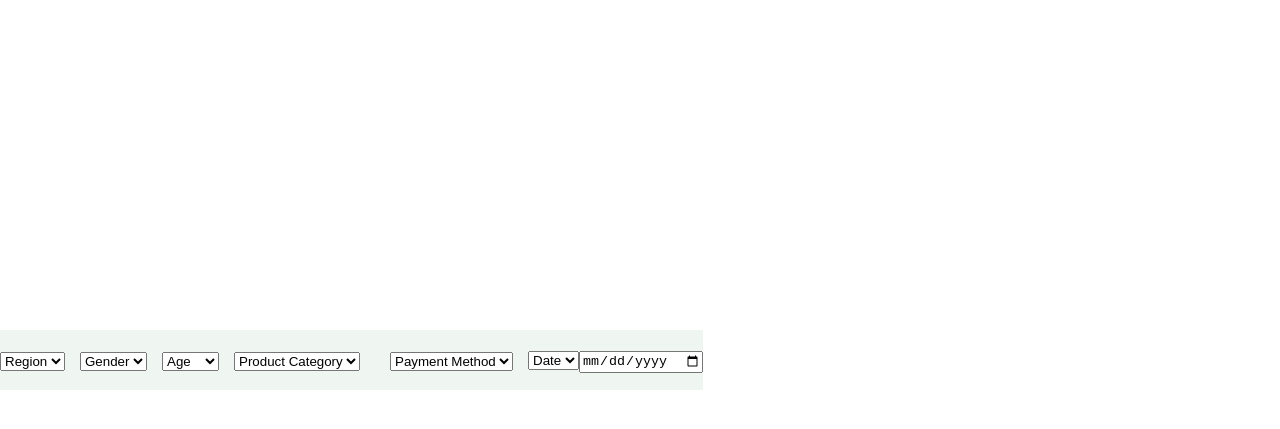
Repository: SandeepYadav18717/TruEstae
Page: / (app in TruEstae/)
These files come from the project's save history. The page is drawn as it stood at one moment and after a run of saves; the edit follows.
The browser window is 1280 px wide. The pictures show the whole page.
The project was rebuilt for these pictures with package versions that can differ from the ones it lists, and the page was loaded fresh each time. Also part of the build but not shown: TruEstae/vite.config.js, TruEstae/src/App.css, TruEstae/src/Styles/Logo.css, TruEstae/src/Pages/Logo.jsx, TruEstae/src/Styles/search_bar.css, TruEstae/src/components/search_bar.jsx.

Above is the page before, as saved 2025-12-07 00:55:07.

### TruEstae/index.html
<!doctype html>
<html lang="en">
  <head>
    <meta charset="UTF-8" />
    <link rel="icon" type="image/svg+xml" href="/vite.svg" />
    <meta name="viewport" content="width=device-width, initial-scale=1.0" />
    <title>javascript</title>
  </head>
  <body>
    <div id="root"></div>
    <script type="module" src="/src/main.jsx"></script>
  </body>
</html>

### TruEstae/src/App.jsx
import { useState } from 'react'
import reactLogo from './assets/react.svg'
import viteLogo from '/vite.svg'
import './App.css'

import Logo from './Pages/Logo.jsx'
import SearchBar from './components/search_bar.jsx'
import Home from './Pages/Home.jsx'

function App() {
  return (
    <>


     <Home />
    </>
  )
}

export default App

### TruEstae/src/Pages/Home.jsx
import Logo from "./Logo.jsx";
import SearchBar from "../components/search_bar.jsx";
import "../Styles/Home.css";
function Home() {
  return (
    <>
      <div className="Container_Ui">
        <div id="Customer_Region">

          <select>
  <option value="" hidden>Region</option>
  <option>Central</option>
  <option>North</option>
  <option>South</option>
  <option>East</option>
  <option>West</option>
</select>

          </div>

      <div id="Gender">

        <select>
            <option value="" hidden>Gender</option>
          <option>Male</option>
          <option>Female</option>
        </select>
      </div>

      <div id="Age">

        <select>
            <option value="" hidden>Age</option>
          <option>18-25</option>
          <option>26-35</option>
          <option>36-50</option>
          <option>50+</option>
        </select>
      </div>

      <div id="Product_Category">
        <select>
            <option value="" hidden>Product Category</option>
          <option>Beauty</option>
          <option>Electronic</option>
          <option>Clothing</option>
        </select>
      </div>

      <div id="Tags"></div>

      <div id="Payment_Method">

        <select>
            <option value="" hidden>Payment Method</option>
          <option>Wallet</option>
          <option>Cash</option>
          <option>Card</option>
          <option>UPI</option>
          <option>Net Banking</option>
        </select>
      </div>

      <div id="Date">
        <select>
        <option value="" hidden>Date</option></select>
        <input type="date" />
      </div>
</div>
    </>
  );
}
export default Home;

### TruEstae/src/Styles/Home.css
.Container_Ui {
  display: flex;
  gap:15px;
  flex-direction: row;
  align-items: center;
  justify-content: center;
  height: 100vh;
  background-color: #eff6f1;
  height:60px;
  width: 100%;
}

Loaded but not shown: TruEstae/src/main.jsx (common file); TruEstae/src/index.css (common file)

After the next 2 saves:
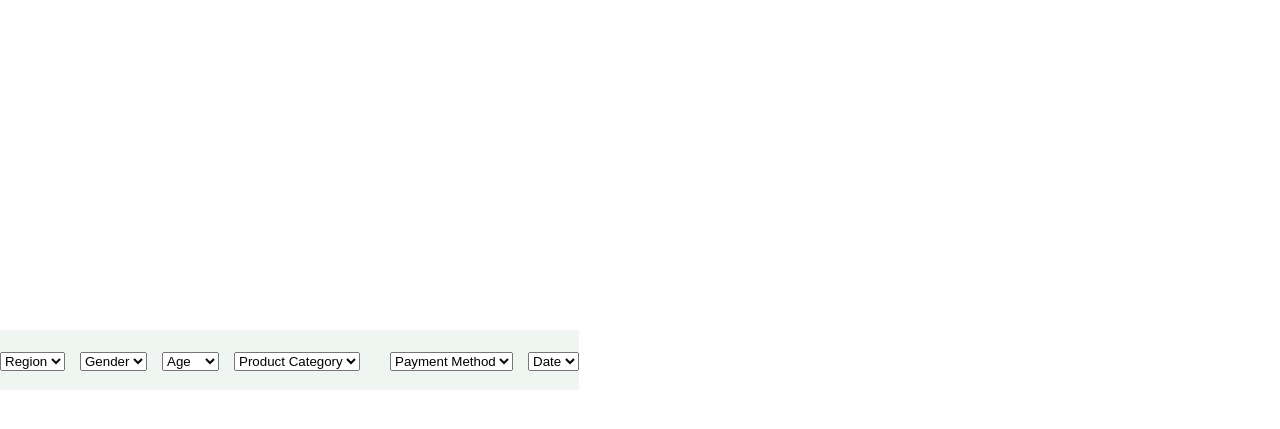
The 2 saves are shown as one change because 1 did not build or start.
The last was saved 16 s later.
--- a/TruEstae/src/Pages/Home.jsx
+++ b/TruEstae/src/Pages/Home.jsx
@@ -63,8 +63,9 @@ function Home() {
 
       <div id="Date">
         <select>
-        <option value="" hidden>Date</option></select>
+        <option value="" hidden>Date</option>
         <input type="date" />
+        </select>
       </div>
 </div>
     </>
